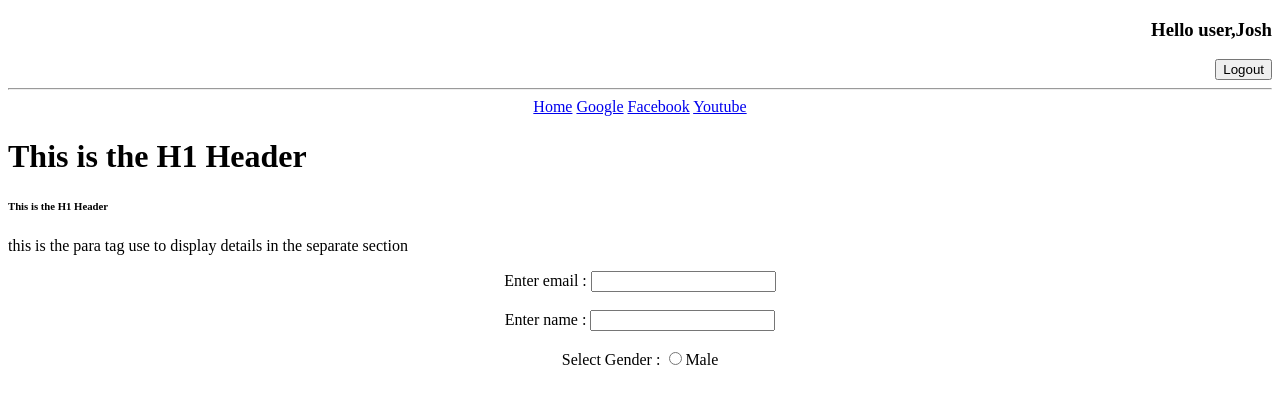
Repository: devandevare/Java
Page: Adv Java/Projects/first-web-app/src/main/webapp/demo.html
The author's editor kept a copy of each file at every save. The page is drawn from the files as they stood at one save, then again after the next save.
The browser window is 1280 px wide. The pictures show the whole page.

Above is the page before, as saved 2022-09-25 05:52:04.

After the next save:
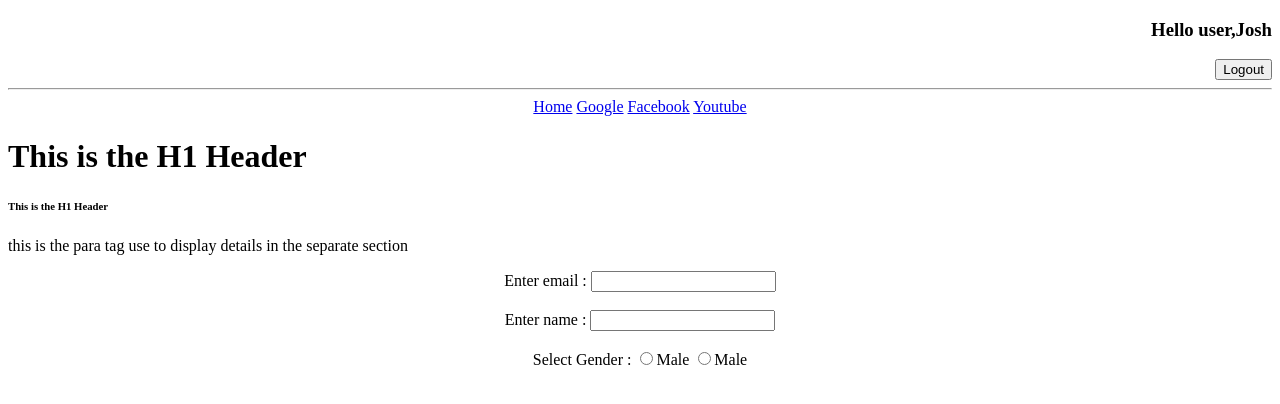
Saved 9 s later.
--- a/Adv Java/Projects/first-web-app/src/main/webapp/demo.html
+++ b/Adv Java/Projects/first-web-app/src/main/webapp/demo.html
@@ -37,6 +37,7 @@
 		<br/>
 			<label>Select Gender :</label>
 		<input type="radio" name="gender" value="Male">Male </input>
+		<input type="radio" name="gender" value="Male">Male </input>
 		</form>
 		</div>
 
